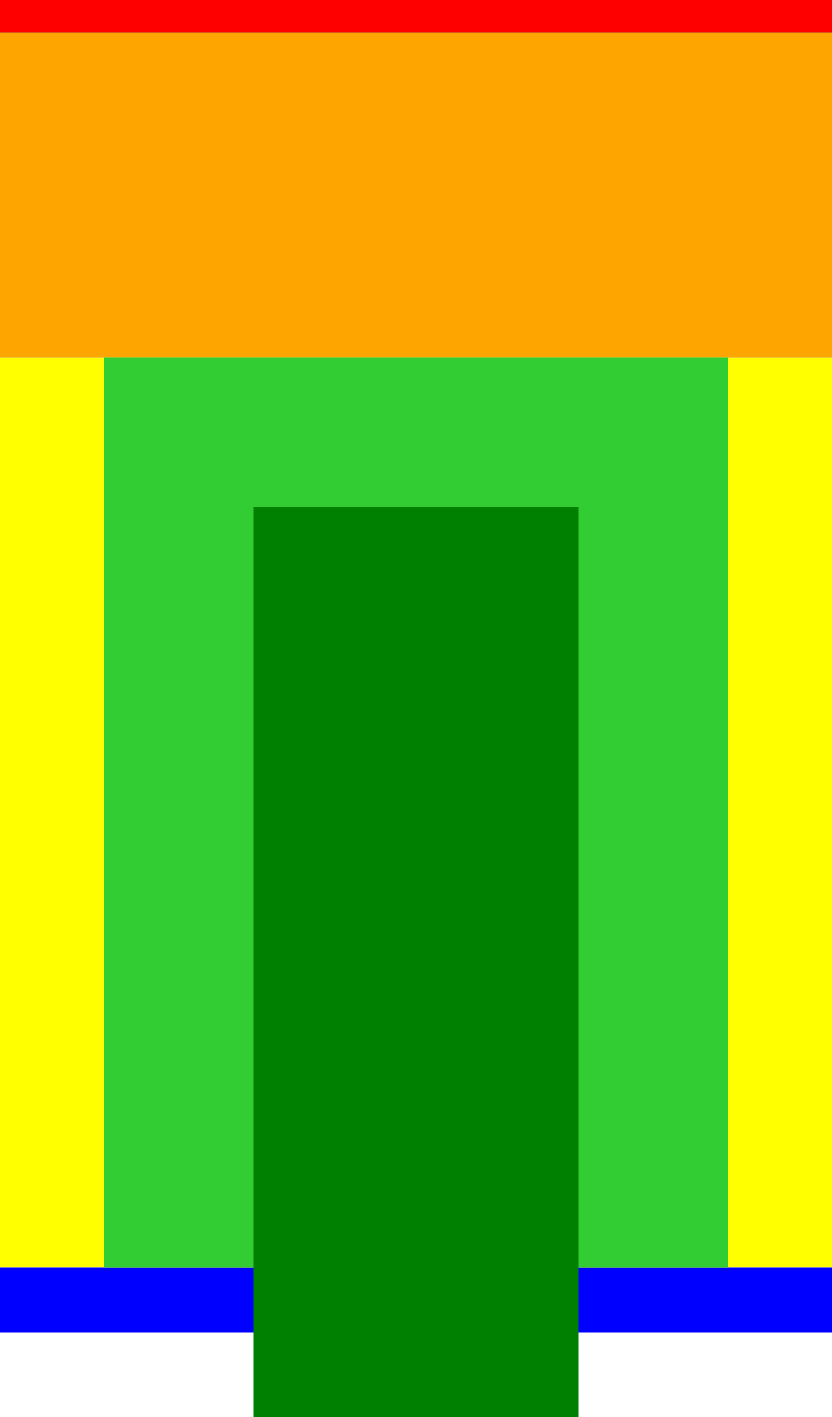
Repository: shizuki-okuma/dmm-webcamp
Page: chapter4_exercise/chapter4_exercise.html
The author's editor kept a record of every edit. The page is drawn from the files as they stood at one moment, then again after the next edit.
The browser window is 1280 px wide. The pictures show the whole page, at 65% of full size.

Above is the page before.

After the next edit:
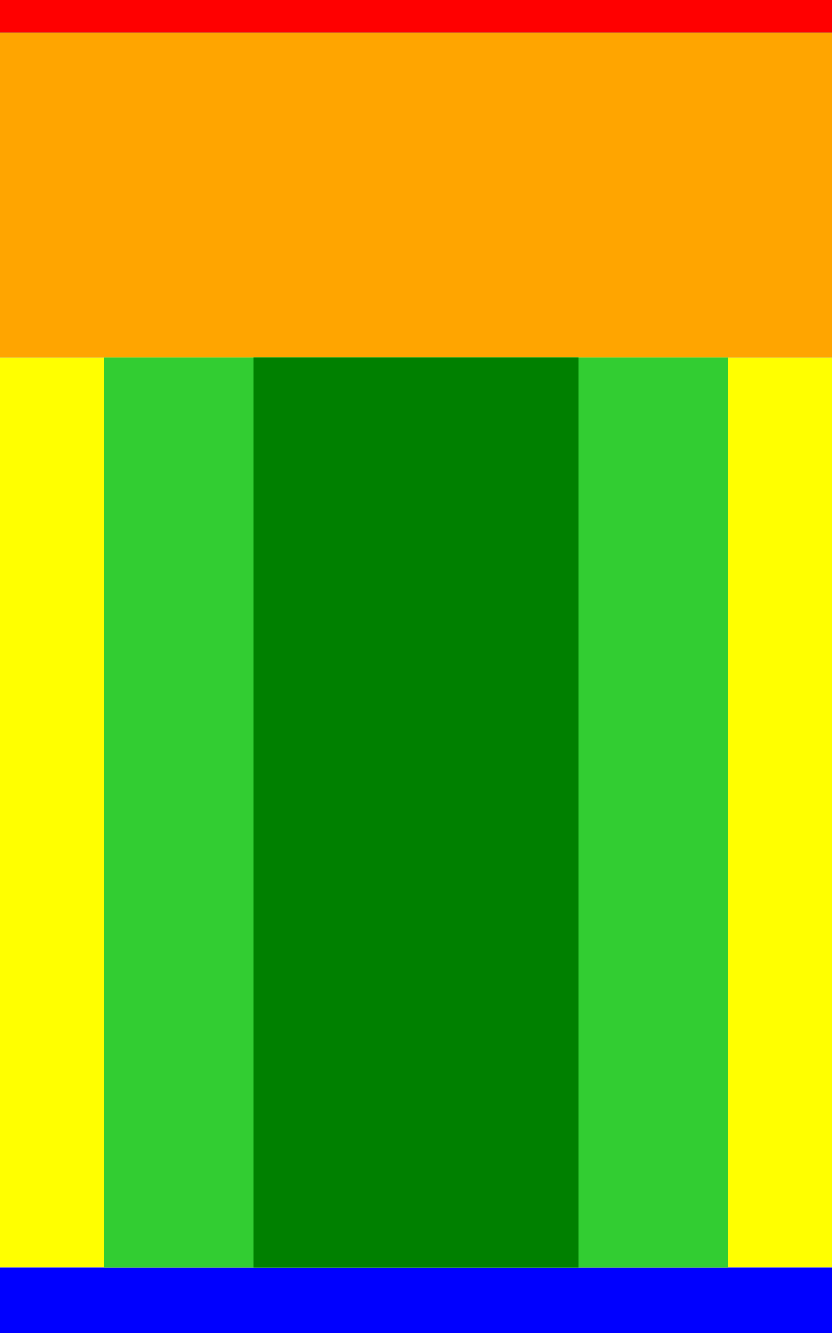
The edit:
--- a/chapter4_exercise/style3.css
+++ b/chapter4_exercise/style3.css
@@ -33,7 +33,8 @@
   width: 960px;
   height: 1400px;
   background-color: limegreen;
-  padding: 230px 230px;
+  padding-left: 230px;
+  padding-right: 230px;
 }
 .blog {
   width: 500px;
